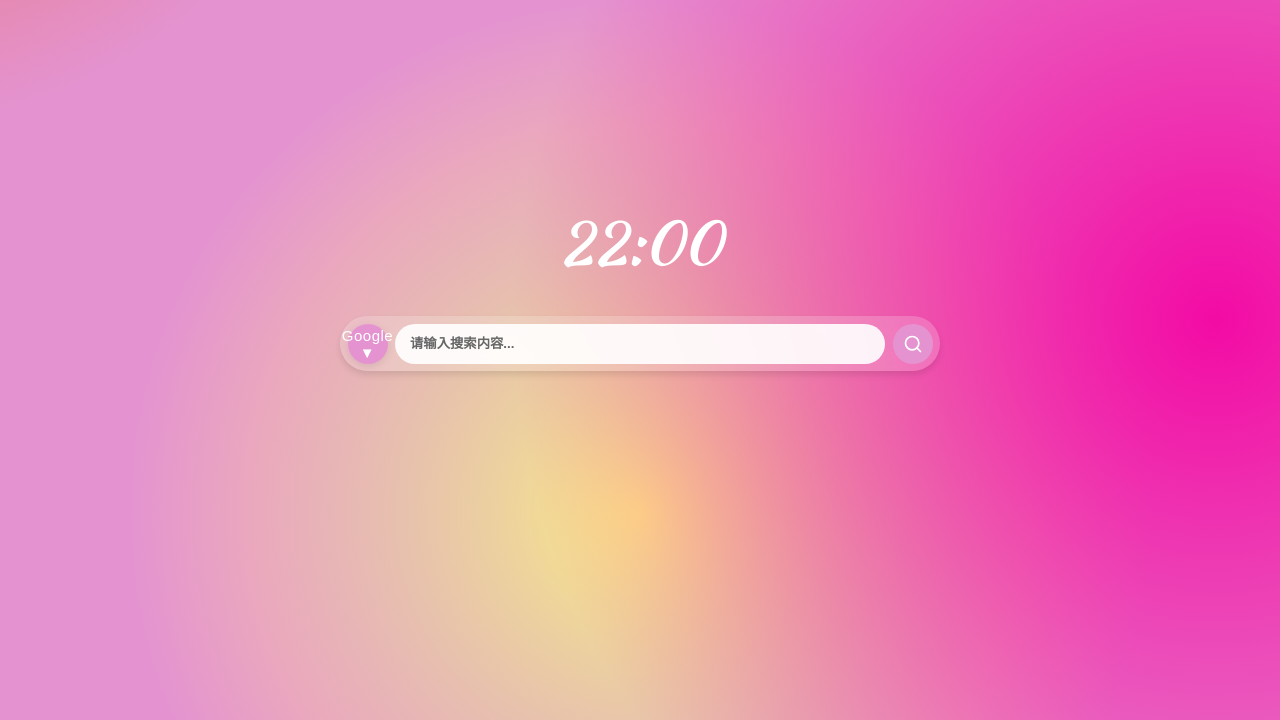
Repository: RADEKWRLD/NaviR
Page: index.html
These files come from the project's save history. The page is drawn as it stood at one moment and after the next save; the edit follows.
The browser window is 1280 px wide. The pictures show the whole page.

Above is the page before, as saved 2025-05-23 22:47:17.
Console error: TypeError: Cannot read properties of null (reading 'appendChild')

### index.html
<!DOCTYPE html>
<html lang="en">
<head>
    <meta charset="UTF-8">
    <meta name="viewport" content="width=device-width, initial-scale=1.0">
    <title>Document</title>
    <link rel="stylesheet" href="style.css">
</head>
<body>
    <div id="main">
        <div id="clock"><span>00:00</span></div>

        <div class="search-container">
            <form id="search-form">
                <div class="engine-dropdown">
                    <button type="button" id="engine-btn" class="engine-btn">Google ▼</button>
                    <ul id="engine-menu" class="engine-menu">
                        <li data-value="Google">
                            <!-- Google SVG -->
                            <svg width="20" height="20" viewBox="0 0 48 48"><g><path fill="#4285F4" d="M43.6 20.5H42V20H24v8h11.3C34.7 32.1 30.1 36 24 36c-6.6 0-12-5.4-12-12s5.4-12 12-12c2.7 0 5.2.9 7.2 2.4l6-6C33.5 5.1 28.1 3 24 3 12.9 3 4 11.9 4 23s8.9 20 20 20c11 0 19.7-8 19.7-20 0-1.3-.1-2.7-.3-4z"/><path fill="#34A853" d="M6.3 14.7l6.6 4.8C14.5 16.1 18.9 13 24 13c2.7 0 5.2.9 7.2 2.4l6-6C33.5 5.1 28.1 3 24 3c-7.7 0-14.2 4.4-17.7 10.7z"/><path fill="#FBBC05" d="M24 43c6.1 0 11.2-2 14.9-5.4l-6.9-5.7C30.1 36 25.5 38 24 38c-5.1 0-9.5-3.1-11.1-7.5l-6.6 5.1C9.8 39.6 16.3 43 24 43z"/><path fill="#EA4335" d="M43.6 20.5H42V20H24v8h11.3c-1.1 3.1-4.3 6-7.3 7.5l6.9 5.7C40.2 39.6 44 32.7 44 24c0-1.3-.1-2.7-.4-3.5z"/></g></svg>
                            Google
                        </li>
                        <li data-value="Bing">
                            <!-- 新 Bing SVG -->
                            <svg class="icon" width="20" height="20" viewBox="0 0 1024 1024" version="1.1" xmlns="http://www.w3.org/2000/svg">
                                <path d="M213.333333 770.986667 626.346667 546.986667 512 491.946667 442.453333 332.8 810.666667 452.266667 810.666667 631.466667 382.72 890.453333 213.333333 770.986667 213.333333 133.546667 384 192 384 618.666667 213.333333 770.986667Z"></path>
                            </svg>
                            Bing
                        </li>
                        <li data-value="百度">
                            <!-- 百度 SVG -->
                            <svg xmlns="http://www.w3.org/2000/svg" viewBox="32.482 0 961.665 1077.564" width="20" height="20">
                                <path fill="#3245DF" d="M184.682 538.759c111.177-23.874 96.03-156.737 92.702-185.776-5.445-44.768-58.102-123.02-129.606-116.831-89.98 8.074-103.126 138.052-103.126 138.052-12.17 60.08 29.132 188.452 140.03 164.555zM302.746 769.86c-3.257 9.331-10.517 33.228-4.234 54.03 12.402 46.677 52.912 48.77 52.912 48.77h58.218V730.35h-62.336c-28.016 8.354-41.535 30.157-44.56 39.51zm88.281-453.898c61.406 0 111.037-70.667 111.037-158.04C502.064 70.643 452.433 0 391.027 0c-61.312 0-111.06 70.643-111.06 157.923 0 87.373 49.77 158.04 111.06 158.04zm264.47 10.447c82.068 10.657 134.84-76.925 145.335-143.31 10.703-66.292-42.256-143.288-100.357-156.527-58.218-13.356-130.909 79.904-137.54 140.704-7.912 74.32 10.633 148.593 92.562 159.133zm201.086 390.213s-126.976-98.24-201.11-204.414C555 355.66 412.272 419.37 364.525 498.993 316.987 578.594 242.9 628.947 232.382 642.28c-10.68 13.124-153.385 90.166-121.694 230.87 31.669 140.612 142.939 137.936 142.939 137.936s81.998 8.074 177.12-13.217c95.168-21.104 177.096 5.26 177.096 5.26s222.284 74.435 283.108-68.852c60.754-143.334-34.368-217.654-34.368-217.654zM476.26 929.88H331.739c-62.406-12.449-87.257-55.03-90.398-62.29-3.072-7.376-20.802-41.604-11.425-99.845 26.968-87.257 103.87-93.516 103.87-93.516h76.926v-94.563l65.524 1V929.88zm269.146-1h-166.3c-64.453-16.614-67.455-62.407-67.455-62.407v-183.89l67.455-1.094v165.276c4.119 17.637 26.015 20.825 26.015 20.825h68.525V682.581h71.76v246.297zm235.408-490.99c0-31.76-26.387-127.394-124.23-127.394-98.008 0-111.108 90.258-111.108 154.06 0 60.894 5.142 145.894 126.883 143.195 121.788-2.7 108.455-137.936 108.455-169.86zm0 0"/>
                            </svg>
                            百度
                        </li>
                        <li data-value="必应中国">
                            <!-- 新必应中国 SVG（同 Bing） -->
                            <svg class="icon" width="20" height="20" viewBox="0 0 1024 1024" version="1.1" xmlns="http://www.w3.org/2000/svg">
                                <path d="M213.333333 770.986667 626.346667 546.986667 512 491.946667 442.453333 332.8 810.666667 452.266667 810.666667 631.466667 382.72 890.453333 213.333333 770.986667 213.333333 133.546667 384 192 384 618.666667 213.333333 770.986667Z"></path>
                            </svg>
                            必应中国
                        </li>
                        <li data-value="GitHub">
                            <!-- GitHub SVG -->
                            <svg width="20" height="20" viewBox="0 0 24 24"><path fill="#181717" d="M12 2C6.48 2 2 6.58 2 12.26c0 4.5 2.87 8.32 6.84 9.67.5.09.68-.22.68-.48 0-.24-.01-.87-.01-1.7-2.78.62-3.37-1.36-3.37-1.36-.45-1.17-1.1-1.48-1.1-1.48-.9-.63.07-.62.07-.62 1 .07 1.53 1.05 1.53 1.05.89 1.56 2.34 1.11 2.91.85.09-.66.35-1.11.63-1.37-2.22-.26-4.56-1.14-4.56-5.07 0-1.12.39-2.03 1.03-2.75-.1-.26-.45-1.3.1-2.7 0 0 .84-.28 2.75 1.05A9.38 9.38 0 0 1 12 6.84c.85.004 1.71.12 2.51.35 1.91-1.33 2.75-1.05 2.75-1.05.55 1.4.2 2.44.1 2.7.64.72 1.03 1.63 1.03 2.75 0 3.94-2.34 4.81-4.57 5.07.36.32.68.94.68 1.9 0 1.37-.01 2.47-.01 2.8 0 .27.18.58.69.48A10.01 10.01 0 0 0 22 12.26C22 6.58 17.52 2 12 2Z"/></svg>
                            GitHub
                        </li>
                        <li data-value="知乎">
                            <!-- 知乎 SVG（简化版） -->
                            <svg width="20" height="20" viewBox="0 0 48 48"><rect x="8" y="8" width="32" height="32" rx="6" fill="#0084ff"/><text x="24" y="32" text-anchor="middle" font-size="18" fill="#fff" font-family="Arial">知</text></svg>
                            知乎
                        </li>
                    </ul>
                </div>
                <input type="text" id="search-input" placeholder="请输入搜索内容...">
                <button type="submit" class="search-icon">
                    <svg xmlns="http://www.w3.org/2000/svg" width="20" height="20" viewBox="0 0 24 24" fill="none" stroke="currentColor" stroke-width="2" stroke-linecap="round" stroke-linejoin="round">
                        <circle cx="11" cy="11" r="8"></circle>
                        <line x1="21" y1="21" x2="16.65" y2="16.65"></line>
                    </svg>
                </button>
            </form>
        </div>
    </div>




    <script src="main/script.js"></script>
</body>
</html>

### style.css
@font-face {
    font-family: 'Kaushan Script';
    src: url('public/Kaushan_Script/KaushanScript-Regular.ttf') format('truetype');
}

:root {
    font-size: 15px;
}

body {
    font-family: 'Quicksand', sans-serif;
    margin: 0;
    min-height: 100vh;
    background-color: #e493d0;
    background-image:
        radial-gradient(closest-side, rgba(235, 105, 78, 1), rgba(235, 105, 78, 0)),
        radial-gradient(closest-side, rgba(243, 11, 164, 1), rgba(243, 11, 164, 0)),
        radial-gradient(closest-side, rgba(254, 234, 131, 1), rgba(254, 234, 131, 0)),
        radial-gradient(closest-side, rgba(170, 142, 245, 1), rgba(170, 142, 245, 0)),
        radial-gradient(closest-side, rgba(248, 192, 147, 1), rgba(248, 192, 147, 0));
    background-size:
        130vmax 130vmax,
        80vmax 80vmax,
        90vmax 90vmax,
        110vmax 110vmax,
        90vmax 90vmax;
    background-position:
        -80vmax -80vmax,
        60vmax -30vmax,
        10vmax 10vmax,
        -30vmax -10vmax,
        50vmax 50vmax;
    background-repeat: no-repeat;
    animation: 10s movement linear infinite;
}

@keyframes movement {
    0%, 100% {
        background-size:
            130vmax 130vmax,
            80vmax 80vmax,
            90vmax 90vmax,
            110vmax 110vmax,
            90vmax 90vmax;
        background-position:
            -80vmax -80vmax,
            60vmax -30vmax,
            10vmax 10vmax,
            -30vmax -10vmax,
            50vmax 50vmax;
    }
    25% {
        background-size:
            100vmax 100vmax,
            90vmax 90vmax,
            100vmax 100vmax,
            90vmax 90vmax,
            60vmax 60vmax;
        background-position:
            -60vmax -90vmax,
            50vmax -40vmax,
            0vmax -20vmax,
            -40vmax -20vmax,
            40vmax 60vmax;
    }
    50% {
        background-size:
            80vmax 80vmax,
            110vmax 110vmax,
            80vmax 80vmax,
            60vmax 60vmax,
            80vmax 80vmax;
        background-position:
            -50vmax -70vmax,
            40vmax -30vmax,
            10vmax 0vmax,
            20vmax 10vmax,
            30vmax 70vmax;
    }
    75% {
        background-size:
            90vmax 90vmax,
            90vmax 90vmax,
            100vmax 100vmax,
            90vmax 90vmax,
            70vmax 70vmax;
        background-position:
            -50vmax -40vmax,
            50vmax -30vmax,
            20vmax 0vmax,
            -10vmax 10vmax,
            40vmax 60vmax;
    }
}

#main{
    transition: all 0.3s ease;
    transform: translateY(-5rem);
    display: flex;
    flex-direction: column;
    align-items: center;
    justify-content: center;
    height: 100vh;
}

#clock{
    font-size: 4rem;
    color: #fff;
    font-family: 'Kaushan Script', cursive;
}

.search-container {
    margin-top: 2rem;
    width: 100%;
    max-width: 600px;
    padding: 0 1rem;
}

#search-form {
    display: flex;
    gap: 0.5rem;
    background: rgba(255, 255, 255, 0.2);
    padding: 0.5rem;
    border-radius: 50px;
    backdrop-filter: blur(10px);
    box-shadow: 0 4px 6px rgba(0, 0, 0, 0.1);
}

.search-engine {
    padding: 0.5rem 1rem;
    border: none;
    border-radius: 25px;
    background: rgba(255, 255, 255, 0.9);
    color: #333;
    font-family: 'Quicksand', sans-serif;
    cursor: pointer;
    outline: none;
    appearance: none;
    -webkit-appearance: none;
    -moz-appearance: none;
    background-image: url("data:[embedded picture, 252 characters]");
    background-repeat: no-repeat;
    background-position: right 0.7rem center;
    background-size: 1em;
    padding-right: 2.5rem;
    min-width: 120px;
    transition: all 0.3s ease;
}

.search-engine:hover {
    background-color: rgba(255, 255, 255, 1);
    box-shadow: 0 2px 4px rgba(0, 0, 0, 0.1);
}

.search-engine:focus {
    box-shadow: 0 0 0 2px rgba(228, 147, 208, 0.3);
}

/* 自定义下拉选项样式 */
.search-engine option {
    background: white;
    color: #333;
    padding: 0.8rem;
    font-family: 'Quicksand', sans-serif;
}

/* 为不同浏览器添加样式支持 */
.search-engine::-ms-expand {
    display: none;
}

#search-input {
    flex: 1;
    padding: 0.5rem 1rem;
    border: none;
    border-radius: 25px;
    background: rgba(255, 255, 255, 0.9);
    color: #333;
    font-family: 'Quicksand', sans-serif;
    outline: none;
}

#search-input::placeholder {
    color: #666;
    font-weight: bolder;
}

#search-form button {
    padding: 0.5rem;
    border: none;
    border-radius: 50%;
    background: #e493d0;
    color: white;
    font-family: 'Quicksand', sans-serif;
    cursor: pointer;
    transition: all 0.3s ease;
    display: flex;
    align-items: center;
    justify-content: center;
    width: 40px;
    height: 40px;
}

#search-form button:hover {
    background: #d17dbd;
    transform: scale(1.05);
}

#search-form button svg {
    width: 20px;
    height: 20px;
}

.engine-dropdown {
    position: relative;
}

.engine-btn {
    border: none;
    border-radius: 25px;
    background: rgba(255, 255, 255, 0.15);
    backdrop-filter: blur(10px);
    color: #fff;
    font-family: 'Quicksand', sans-serif;
    cursor: pointer;
    outline: none;
    min-width: 10px;
    font-size: 1rem;
    height: 45px;
    display: flex;
    align-items: center;
    justify-content: center;
    transition: all 0.3s ease;
    box-shadow: 0 2px 8px rgba(0, 0, 0, 0.1);
    font-weight: 500;
    letter-spacing: 0.5px;
}

.engine-btn:hover {
    background: rgba(255, 255, 255, 0.25);
    transform: translateY(-1px);
    box-shadow: 0 4px 12px rgba(0, 0, 0, 0.15);
}

.engine-menu {
    display: none;
    position: absolute;
    top: 110%;
    left: 0;
    z-index: 10;
    background: rgba(255, 255, 255, 0.95);
    backdrop-filter: blur(10px);
    border-radius: 16px;
    box-shadow: 0 8px 24px rgba(0,0,0,0.12);
    list-style: none;
    margin: 0;
    padding: 0.5rem;
    min-width: 140px;
    font-family: 'Quicksand', sans-serif;
    border: 1px solid rgba(255, 255, 255, 0.2);
}

.engine-menu.show {
    display: block;
    animation: fadeIn 0.2s ease;
}

@keyframes fadeIn {
    from {
        opacity: 0;
        transform: translateY(-10px);
    }
    to {
        opacity: 1;
        transform: translateY(0);
    }
}

.engine-menu li {
    padding: 0.8rem 1.2rem;
    cursor: pointer;
    transition: all 0.2s ease;
    color: #333;
    border: none;
    background: none;
    font-size: 0.95rem;
    border-radius: 12px;
    display: flex;
    align-items: center;
    gap: 8px;
}

.engine-menu li:hover {
    background: rgba(228, 147, 208, 0.1);
    color: #e493d0;
}

.engine-menu li svg {
    width: 18px;
    height: 18px;
    opacity: 0.8;
}

### main/script.js
//更新时间
function updateTime() {
    const now = new Date();
    const hours = String(now.getHours()).padStart(2, '0');
    const minutes = String(now.getMinutes()).padStart(2, '0');
    const timeString = `${hours}:${minutes}`;
    document.getElementById('clock').textContent = timeString;
}

// 搜索引擎配置
const searchEngines = {
    google: {
        name: 'Google',
        url: 'https://www.google.com/search?q='
    },
    bing: {
        name: 'Bing',
        url: 'https://www.bing.com/search?q='
    },
    baidu: {
        name: '百度',
        url: 'https://www.baidu.com/s?wd='
    },
    bingcn: {
        name: '必应中国',
        url: 'https://cn.bing.com/search?q='
    },
    github: {
        name: 'GitHub',
        url: 'https://github.com/search?q='
    },
    zhihu: {
        name: '知乎',
        url: 'https://www.zhihu.com/search?q='
    }
};

// 1. 搜索引擎的搜索URL模板
const engineSearchUrls = {
    "Google": "https://www.google.com/search?q=",
    "Bing": "https://www.bing.com/search?q=",
    "百度": "https://www.baidu.com/s?wd=",
    "必应中国": "https://cn.bing.com/search?q=",
    "GitHub": "https://github.com/search?q=",
    "知乎": "https://www.zhihu.com/search?type=content&q="
};

// 2. 当前选中的引擎，默认Google
let currentEngine = "Google";

// 初始化搜索功能
function initSearch() {
    const searchForm = document.getElementById('search-form');
    const searchInput = document.getElementById('search-input');
    const searchEngine = document.getElementById('search-engine');

    // 动态添加搜索引擎选项
    for (const [key, engine] of Object.entries(searchEngines)) {
        const option = document.createElement('option');
        option.value = key;
        option.textContent = engine.name;
        searchEngine.appendChild(option);
    }

    searchForm.addEventListener('submit', function(e) {
        e.preventDefault();
        const searchTerm = searchInput.value.trim();
        if (searchTerm) {
            const engine = searchEngine.value;
            const searchUrl = searchEngines[engine].url + encodeURIComponent(searchTerm);
            window.location.href = searchUrl;
        }
    });
}

// 搜索引擎下拉菜单逻辑
const engineBtn = document.getElementById('engine-btn');
const engineMenu = document.getElementById('engine-menu');

engineBtn.addEventListener('click', function(e) {
    e.preventDefault();
    engineMenu.classList.toggle('show');
});

// 3. 监听菜单点击，切换引擎
document.querySelectorAll('#engine-menu li').forEach(li => {
    li.addEventListener('click', function() {
        const name = this.getAttribute('data-value');
        currentEngine = name;
        engineBtn.textContent = name + ' ▼';
        engineMenu.classList.remove('show');
    });
});

// 点击外部关闭菜单
document.addEventListener('click', function(e) {
    if (!engineBtn.contains(e.target) && !engineMenu.contains(e.target)) {
        engineMenu.classList.remove('show');
    }
});

// 监听表单提交
document.getElementById('search-form').addEventListener('submit', function(e) {
    e.preventDefault(); // 阻止表单默认提交
    const keyword = document.getElementById('search-input').value.trim();
    if (!keyword) return;
    const url = engineSearchUrls[currentEngine] + encodeURIComponent(keyword);
    window.location.href = url; // 新标签页打开
});

function init() {
    updateTime();
    setInterval(updateTime, 1000);
    // 搜索框事件监听
    initSearch();
}
init();

After the next save:
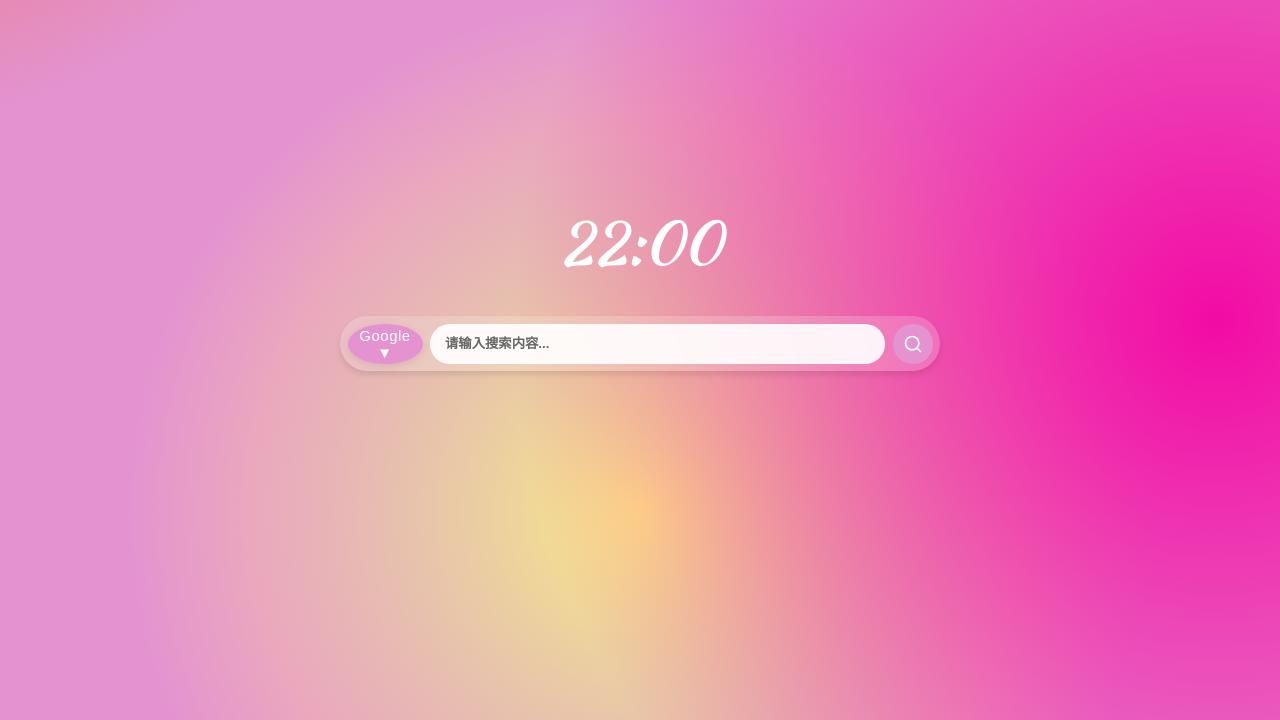
Saved 9 s later.
--- a/style.css
+++ b/style.css
@@ -224,7 +224,7 @@
     font-family: 'Quicksand', sans-serif;
     cursor: pointer;
     outline: none;
-    min-width: 10px;
+    min-width: 5rem;
     font-size: 1rem;
     height: 45px;
     display: flex;

After the 3 saves that followed:
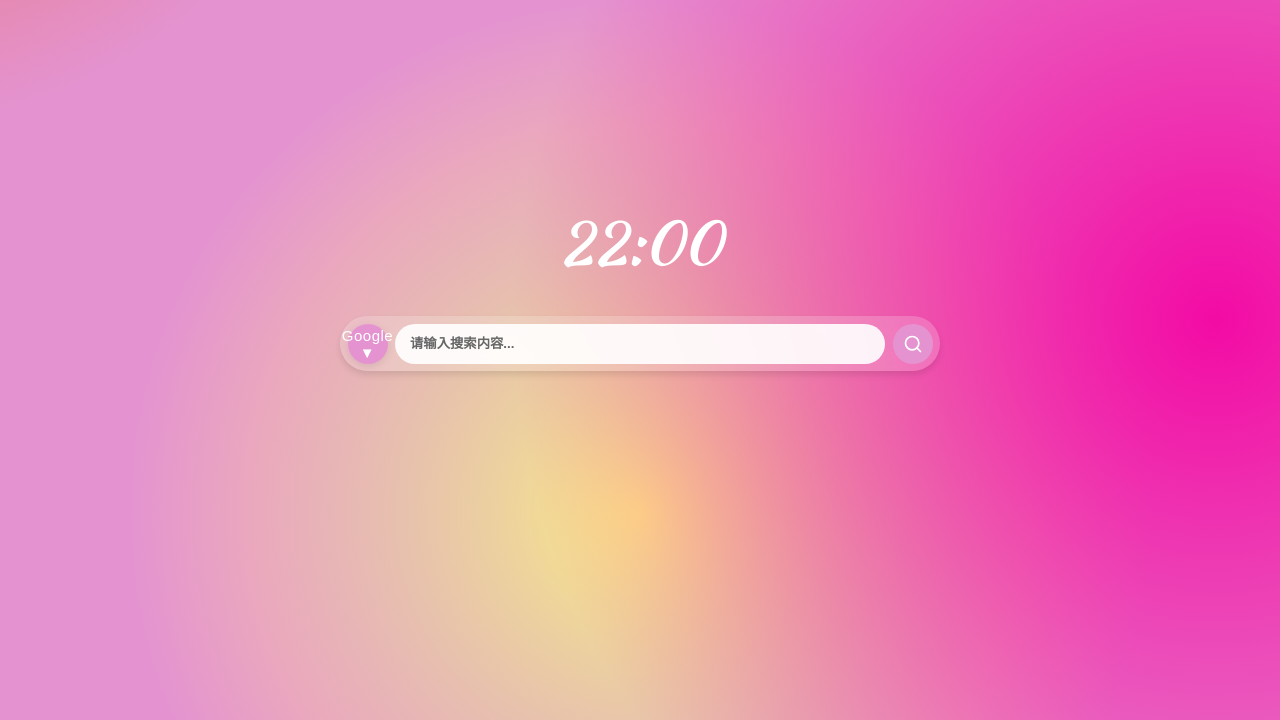
The 3 saves are shown as one change because 1 left the picture as it was and some came seconds apart.
The last was saved 22 s later.
--- a/style.css
+++ b/style.css
@@ -224,7 +224,7 @@
     font-family: 'Quicksand', sans-serif;
     cursor: pointer;
     outline: none;
-    min-width: 5rem;
+
     font-size: 1rem;
     height: 45px;
     display: flex;
